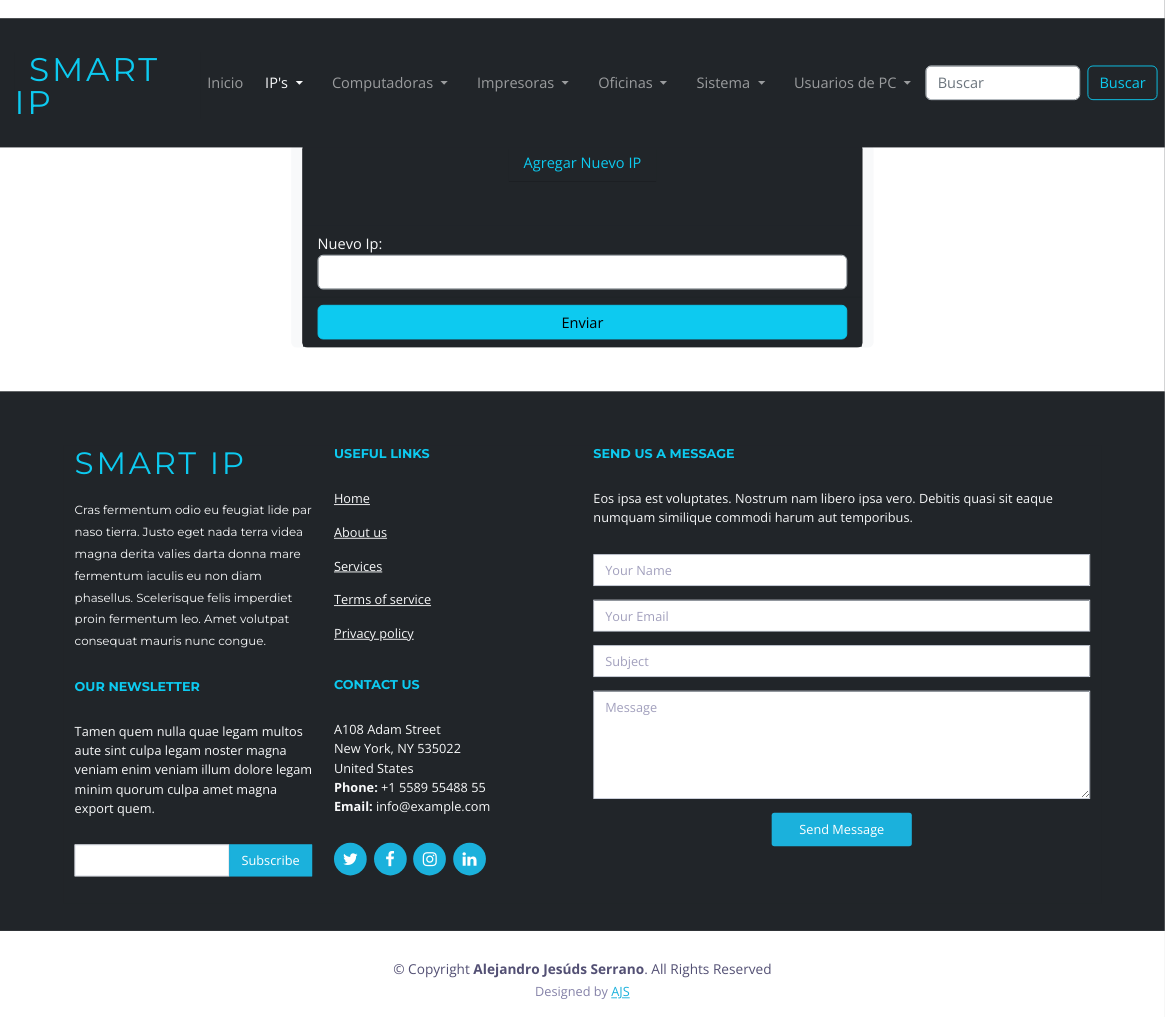
Repository: AlejandroJesusSerrano/SmartIPs
Page: smartip/smartipnav/templates/smartipnav/ip_form.html
These files come from the project's save history. The page is drawn as it stood at one moment and after the next save; the edit follows.
The browser window is 1280 px wide. The pictures show the whole page, at 91% of full size.
The page is served by the project's application, run on Django 4.2 (smartip/manage.py). The template is opened directly, without the code that normally fills it, so the values that code supplies are empty.

Above is the page before, as saved 2022-11-14 13:25:12.

After the next save:
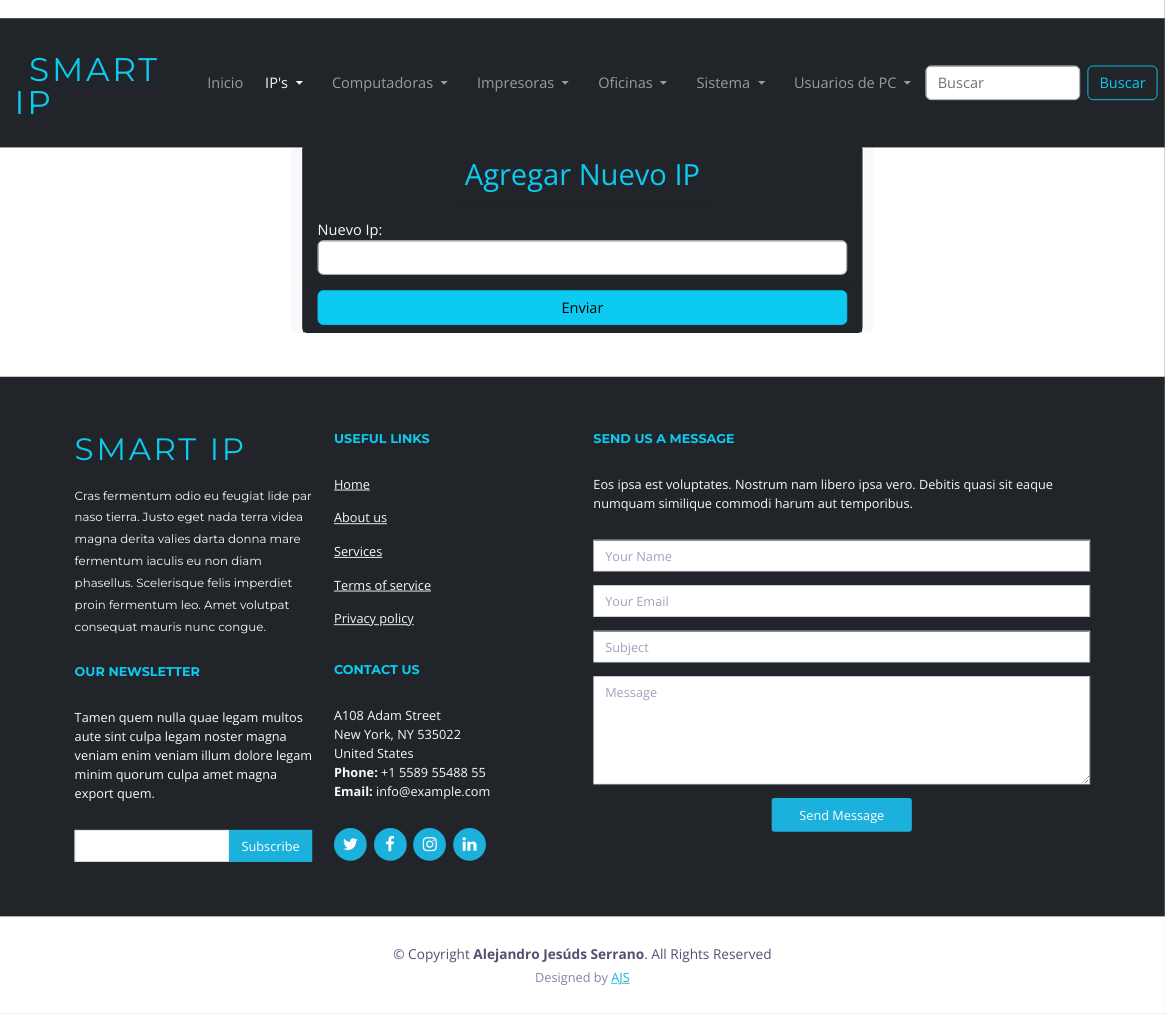
Saved 45 s later.
--- a/smartip/smartipnav/templates/smartipnav/ip_form.html
+++ b/smartip/smartipnav/templates/smartipnav/ip_form.html
@@ -9,9 +9,9 @@
     <div class="container col-lg-6 bg-light rounded">
         <div class="card mx-auto mt-5 bg-dark style="width: 20rem;">
             <div class="card-header bg-dark text-info mx-auto">
-              Agregar Nuevo IP
+                <p class="fs-2 my-0">Agregar Nuevo IP</p>
             </div>
-            <form id=printer_add_form action="" method="post" class="mt-5">
+            <form id=printer_add_form action="" method="post" class="mt-2">
                 {% csrf_token %}
                 <ul class="list-group list-group-flush">
                     <li class="list-group-item bg-dark">
